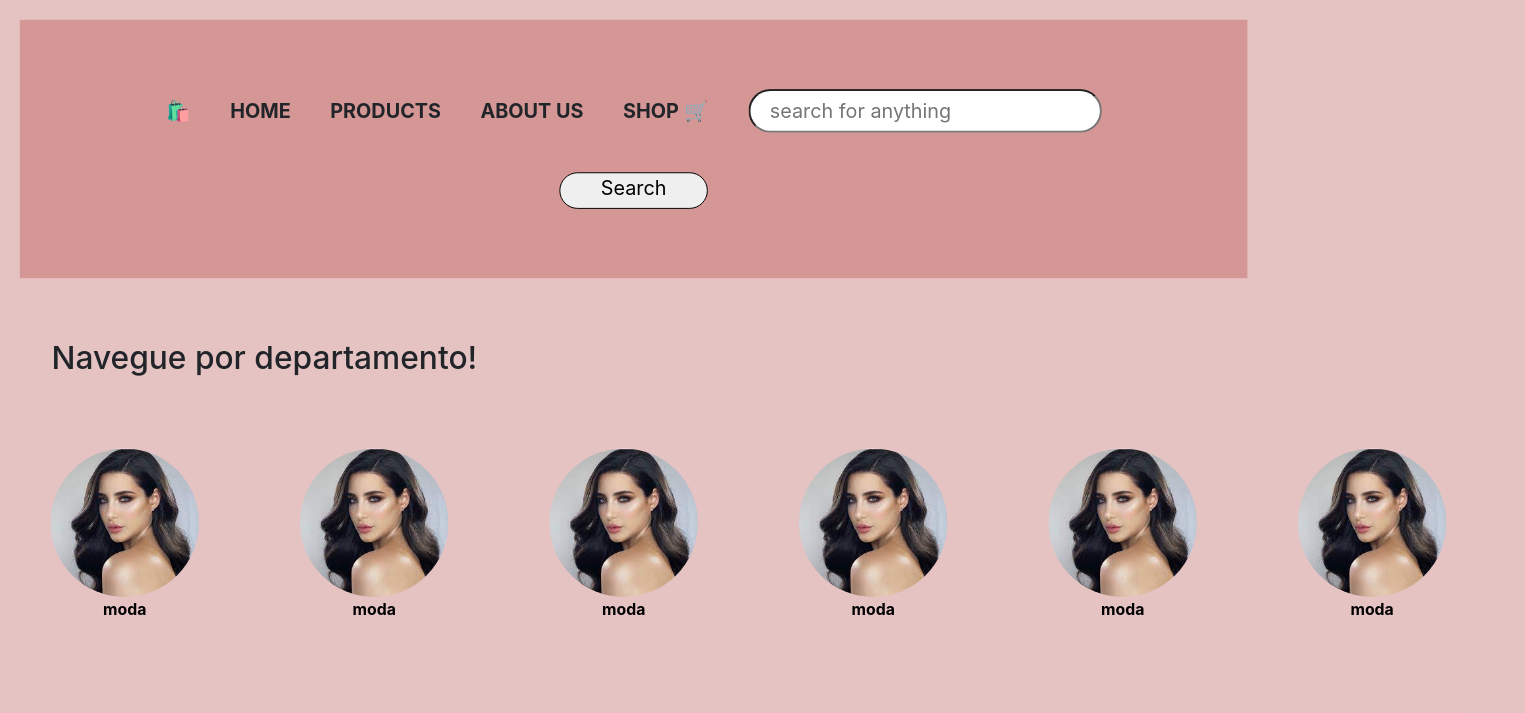
Repository: thf4/Project-Shop
Page: /
These files come from the project's save history. The page is drawn as it stood at one moment and after the next save; the edit follows.
The browser window is 1280 px wide. The page is 1476 px wide, then 1540 px, then 1476 px, so the pictures cover 1540 px, including what lies to the right of the window. The pictures show the whole page, at 99% of full size.
The project was rebuilt for these pictures with package versions that can differ from the ones it lists, and the page was loaded fresh each time.

Above is the page before, as saved 2021-04-22 15:57:09.

After the next save:
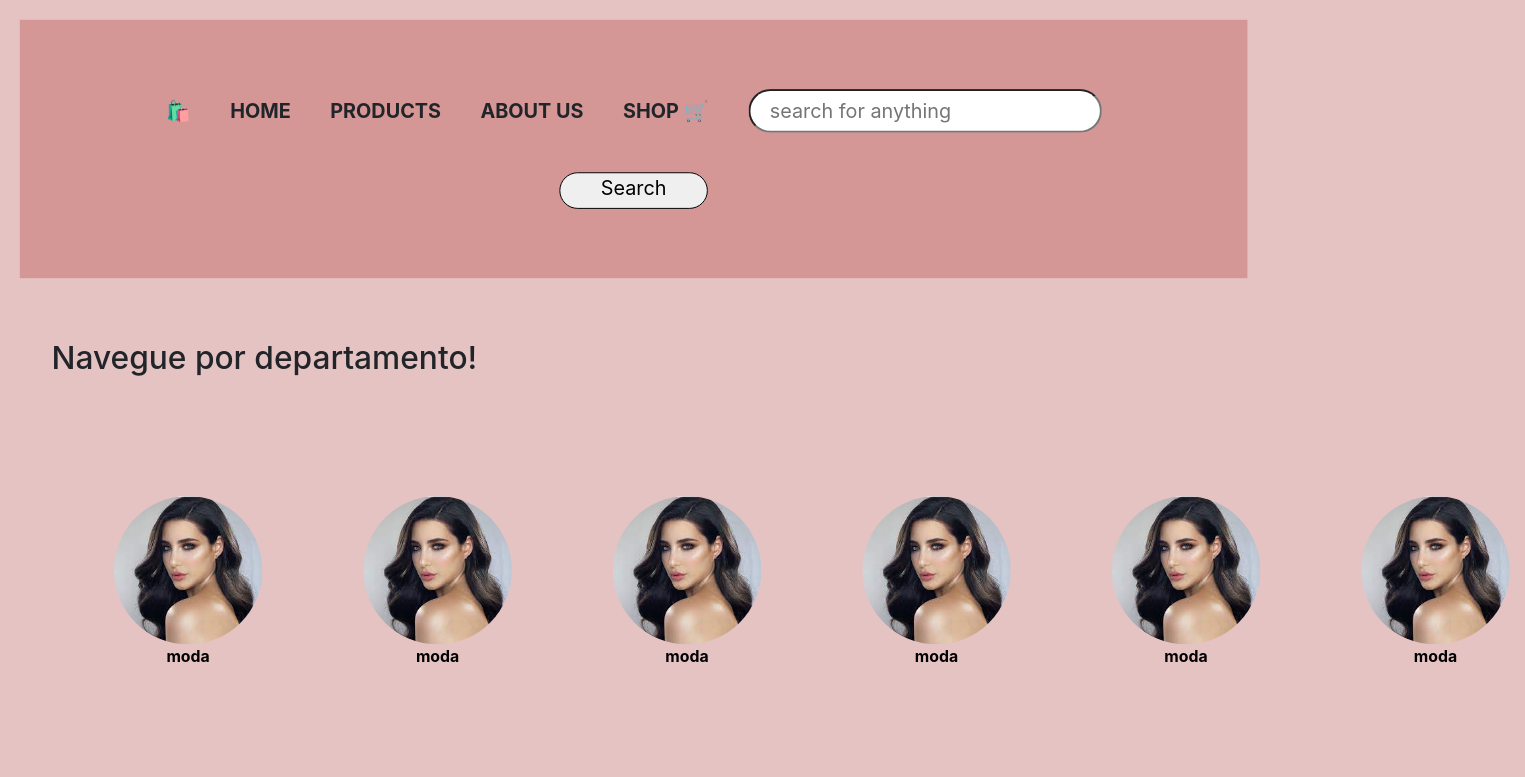
Saved 12 s later.
--- a/src/Exemplo.css
+++ b/src/Exemplo.css
@@ -30,7 +30,7 @@
 .list{
   width: 90vw;
   max-width: 940px;
-  margin: 1rem;
+  margin: 5rem;
   display: grid;
   gap: 2rem;
   list-style-type: none;

After the save that followed:
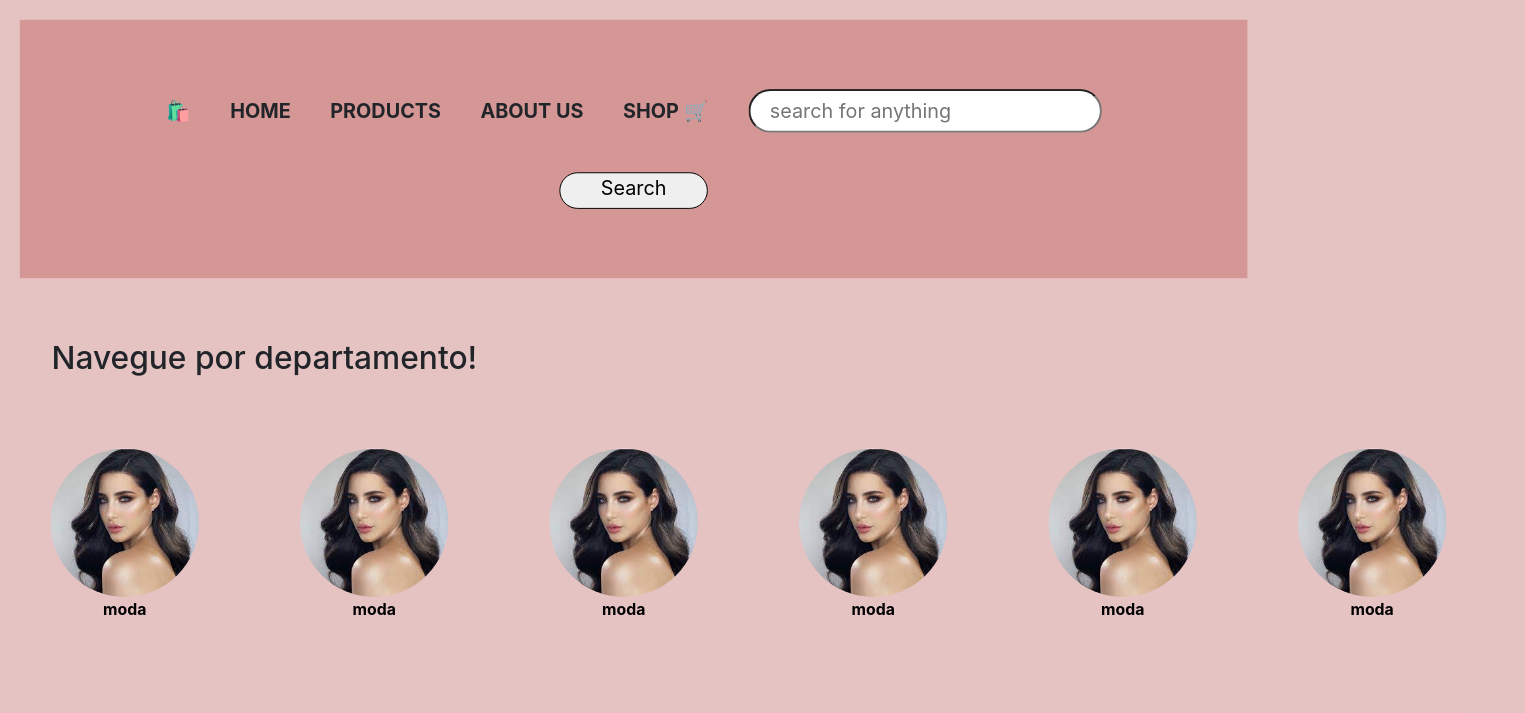
Saved 6 s later.
--- a/src/Exemplo.css
+++ b/src/Exemplo.css
@@ -30,7 +30,7 @@
 .list{
   width: 90vw;
   max-width: 940px;
-  margin: 5rem;
+  margin: 1rem;
   display: grid;
   gap: 2rem;
   list-style-type: none;
